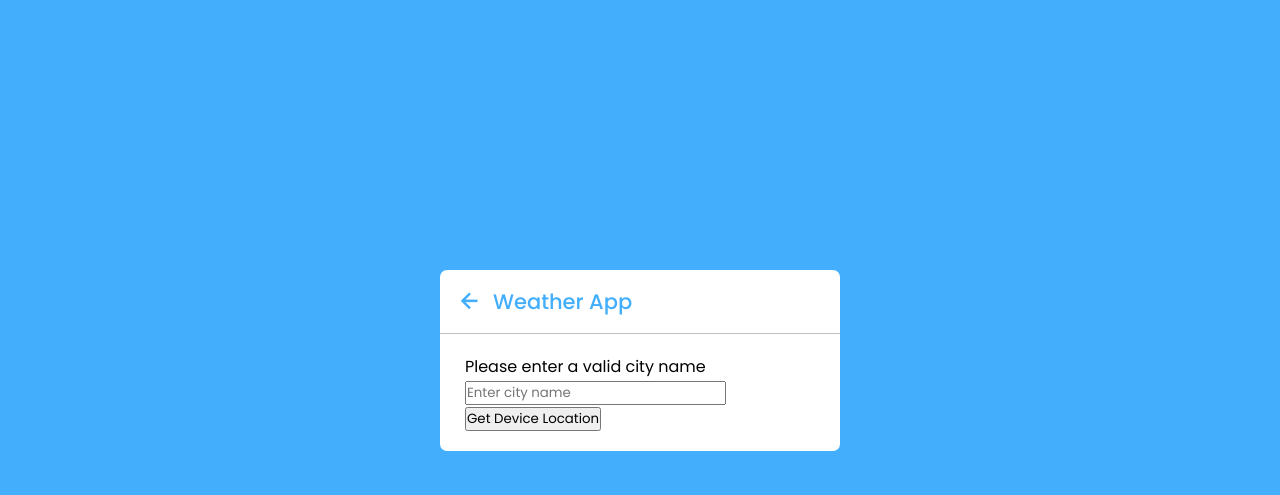
Repository: long13820/Weather-App-HTML-CSS-Javascript
Page: index.html
The author's editor kept a copy of each file at every save. The page is drawn from the files as they stood at one save, then again after the next save.
The browser window is 1280 px wide. The pictures show the whole page.

Above is the page before, as saved 2021-09-02 00:54:49.

After the next save:
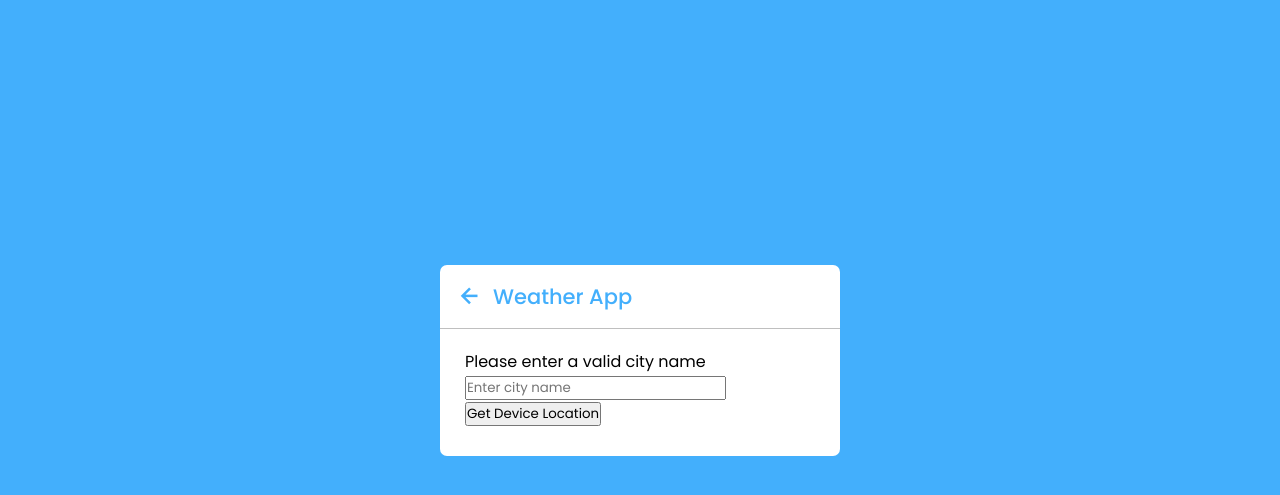
Saved 8 s later.
--- a/style.css
+++ b/style.css
@@ -34,5 +34,5 @@ header i{
     margin-right: 8px;
 }
 .wrapper .input-part{
-    margin: 20px 25px;
+    margin: 20px 25px 30px;
 }
